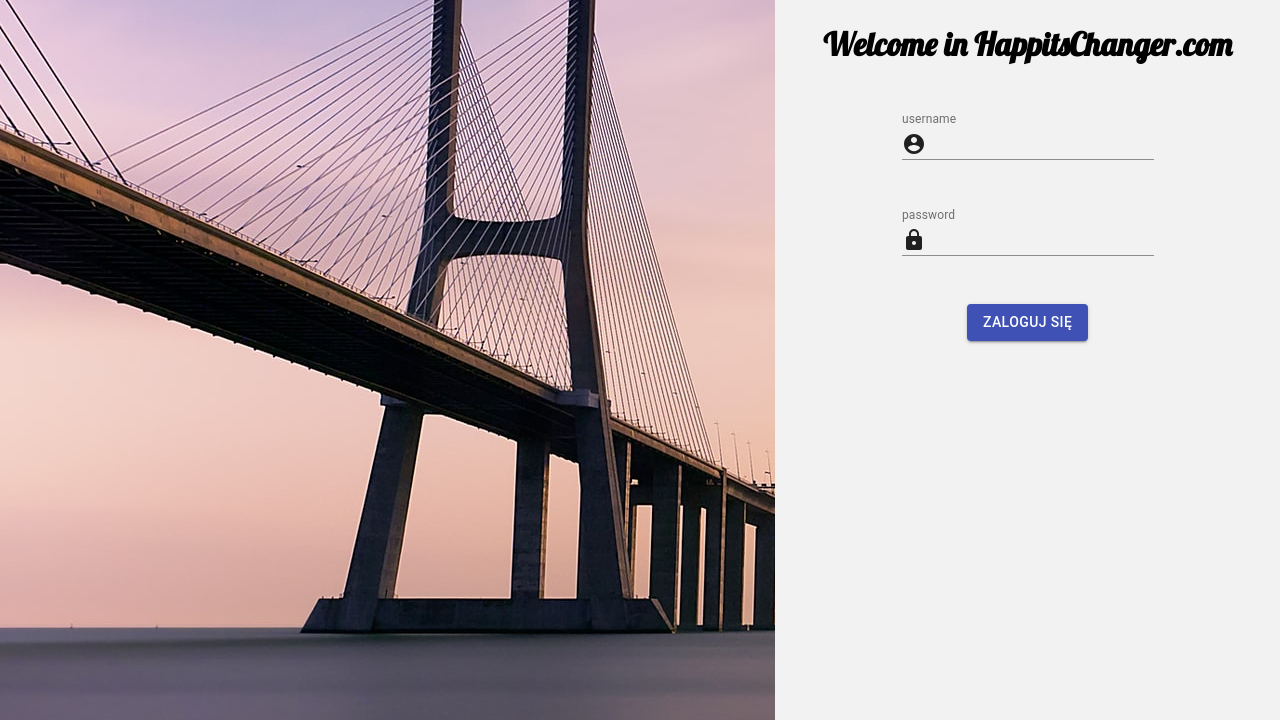
Repository: pgruca96/HappitsChanger
Page: /
The author's editor kept a copy of each file at every save. The page is drawn from the files as they stood at one save, then again after the next save.
The browser window is 1280 px wide. The pictures show the whole page.
The project was rebuilt for these pictures with package versions that can differ from the ones it lists, and the page was loaded fresh each time.

Above is the page before, as saved 2020-10-24 12:08:20.

### public/index.html
<!DOCTYPE html>
<html lang="en">

<head>
  <meta charset="utf-8" />
  <link rel="icon" href="%PUBLIC_URL%/favicon.ico" />
  <meta name="viewport" content="width=device-width, initial-scale=1" />
  <meta name="theme-color" content="#000000" />
  <meta name="description" content="Web site created using create-react-app" />
  <link href="https://fonts.googleapis.com/css?family=Lobster" rel="stylesheet" type="text/css">
  <link rel="apple-touch-icon" href="%PUBLIC_URL%/logo192.png" />
  <!--
      manifest.json provides metadata used when your web app is installed on a
      user's mobile device or desktop. See https://developers.google.com/web/fundamentals/web-app-manifest/
    -->
  <link rel="manifest" href="%PUBLIC_URL%/manifest.json" />
  <!--
      Notice the use of %PUBLIC_URL% in the tags above.
      It will be replaced with the URL of the `public` folder during the build.
      Only files inside the `public` folder can be referenced from the HTML.

      Unlike "/favicon.ico" or "favicon.ico", "%PUBLIC_URL%/favicon.ico" will
      work correctly both with client-side routing and a non-root public URL.
      Learn how to configure a non-root public URL by running `npm run build`.
    -->
  <title>React App</title>
</head>

<body>
  <noscript>You need to enable JavaScript to run this app.</noscript>
  <div id="root"></div>
  <!--
      This HTML file is a template.
      If you open it directly in the browser, you will see an empty page.

      You can add webfonts, meta tags, or analytics to this file.
      The build step will place the bundled scripts into the <body> tag.

      To begin the development, run `npm start` or `yarn start`.
      To create a production bundle, use `npm run build` or `yarn build`.
    -->
</body>

</html>

### src/App.js
import "./App.css";
import { BrowserRouter as Router, Route } from "react-router-dom";
import LoginPage from "./containers/loginPage";

const App = () => {
  return (
    <div className="app">
      <Router>
        <Route path="/" exact component={LoginPage} />
      </Router>
    </div>
  );
};

export default App;

### src/App.css
*,
*::before,
*::after {
  margin: 0;
  padding: 0;
  box-sizing: border-box;
}

.app {
  min-width: 100vw;
  min-height: 100vh;
}

### src/containers/loginPage/index.js
import React from "react";
import LoginForm from "../../components/form/index";
import { LoginPageContainer } from "../../styles/LoginPage";

const LoginPage = () => {
  return (
    <LoginPageContainer>
      <LoginForm />
    </LoginPageContainer>
  );
};

export default LoginPage;

### src/components/form/index.js
import React from "react";
import TextField from "@material-ui/core/TextField";
import InputAdornment from "@material-ui/core/InputAdornment";
import AccountCircle from "@material-ui/icons/AccountCircle";
import LockIcon from "@material-ui/icons/Lock";
import Button from "@material-ui/core/Button";
import { useStyles } from "../../styles/Form";
import { Header } from "../../styles/h2";

const LoginForm = () => {
  const { form, margin } = useStyles();
  return (
    <form className={form}>
      <Header className={margin}>Welcome in HappitsChanger.com</Header>
      <TextField
        className={margin}
        id="username"
        label="username"
        placement="top"
        InputProps={{
          startAdornment: (
            <InputAdornment position="start">
              <AccountCircle />
            </InputAdornment>
          ),
        }}
      />
      <TextField
        className={margin}
        id="password"
        label="password"
        InputProps={{
          startAdornment: (
            <InputAdornment position="start">
              <LockIcon />
            </InputAdornment>
          ),
        }}
      />
      <Button variant="contained" color="primary" className={margin}>
        Zaloguj się
      </Button>
    </form>
  );
};

export default LoginForm;

### src/styles/LoginPage.js
import styled from "styled-components";
import background from "../assets/login-background.jpg";

export const LoginPageContainer = styled.div`
  display: flex;
  justify-content: flex-end;
  background: url(${background}) left;
  width: 100vw;
  height: 100vh;
`;

### src/styles/Form.js
import { makeStyles } from "@material-ui/core/styles";

export const useStyles = makeStyles((theme) => ({
  form: {
    background: "#f2f2f2",
    display: "flex",
    flexDirection: "column",
    // justifyContent: "stretch",
    alignItems: "center",
    // padding: "0 5%",
    // height: "inherit",
  },
  margin: {
    margin: theme.spacing(3, 6),
  },
}));

### src/styles/h2.js
import styled from "styled-components";

export const Header = styled.h2`
  font-family: Lobster, open-sans;
  font-size: 2rem;
  text-align: center;
`;

Loaded but not shown: src/index.js (common file); src/index.css (common file); src/reportWebVitals.js (common file)

After the next save:
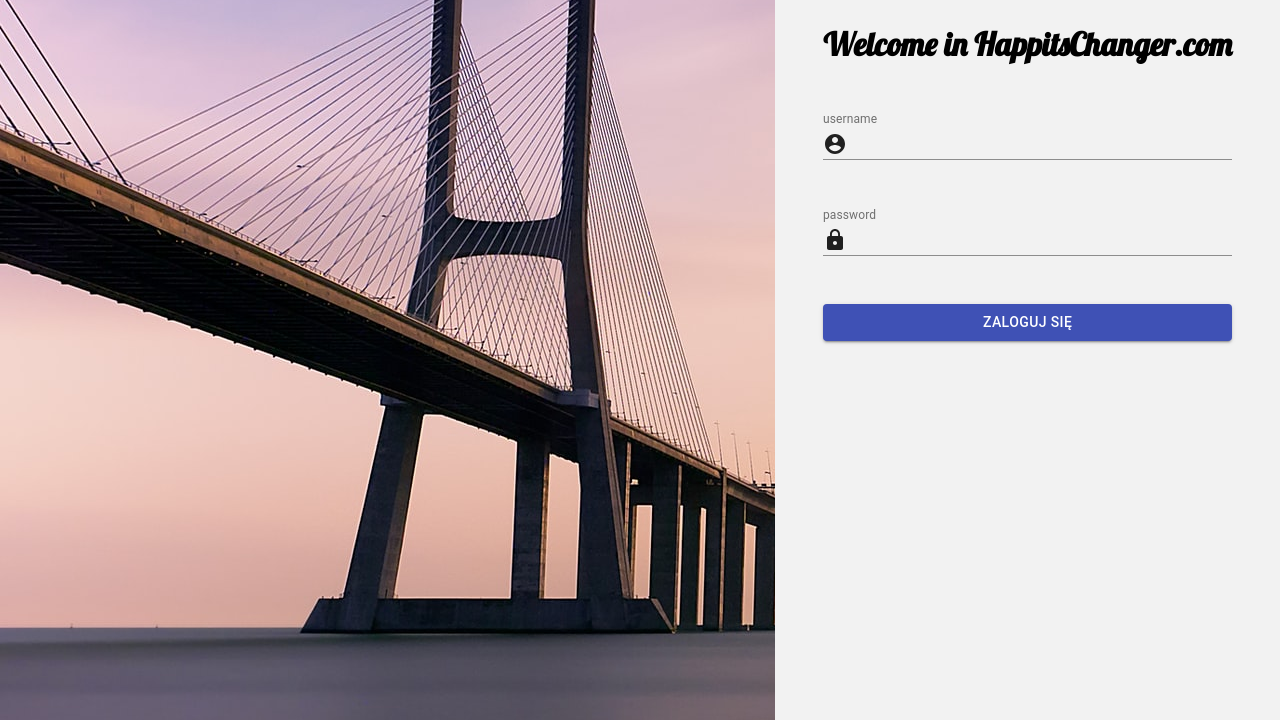
Saved 51 s later.
--- a/src/styles/Form.js
+++ b/src/styles/Form.js
@@ -6,7 +6,7 @@
     display: "flex",
     flexDirection: "column",
     // justifyContent: "stretch",
-    alignItems: "center",
+    // alignItems: "center",
     // padding: "0 5%",
     // height: "inherit",
   },

After the save that followed:
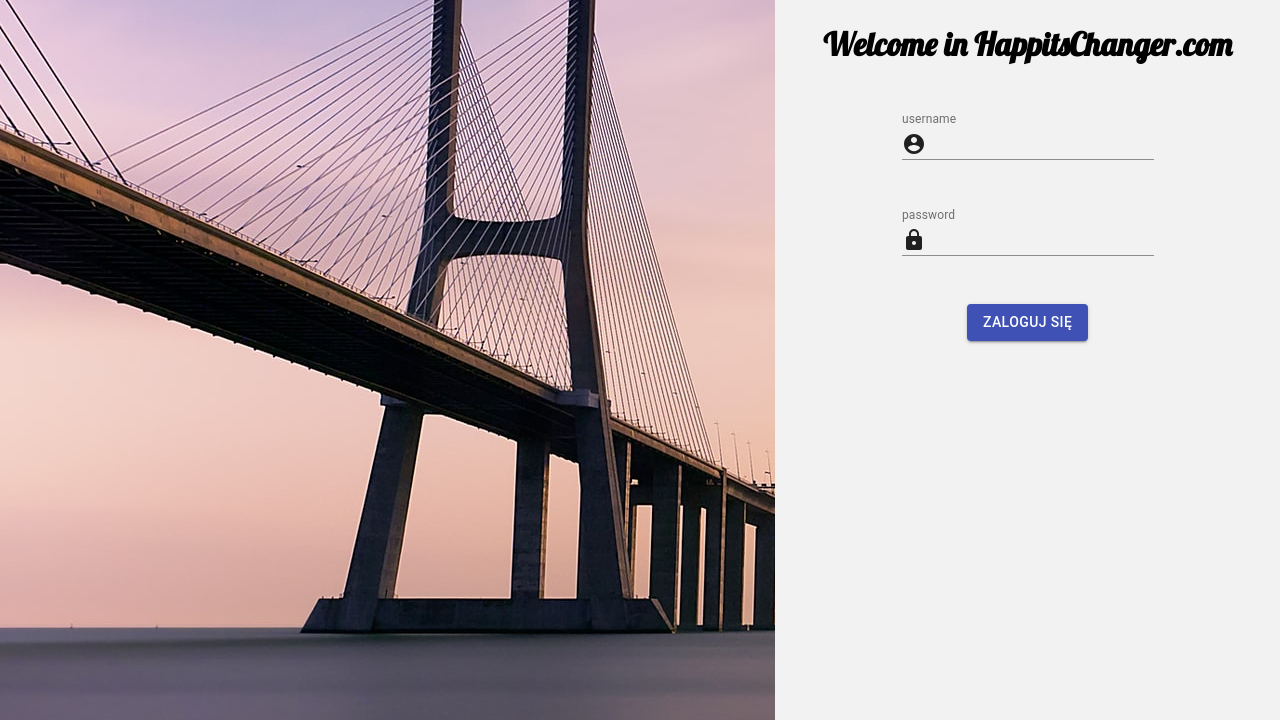
Saved 16 s later.
--- a/src/styles/Form.js
+++ b/src/styles/Form.js
@@ -6,7 +6,7 @@
     display: "flex",
     flexDirection: "column",
     // justifyContent: "stretch",
-    // alignItems: "center",
+    alignItems: "center",
     // padding: "0 5%",
     // height: "inherit",
   },
